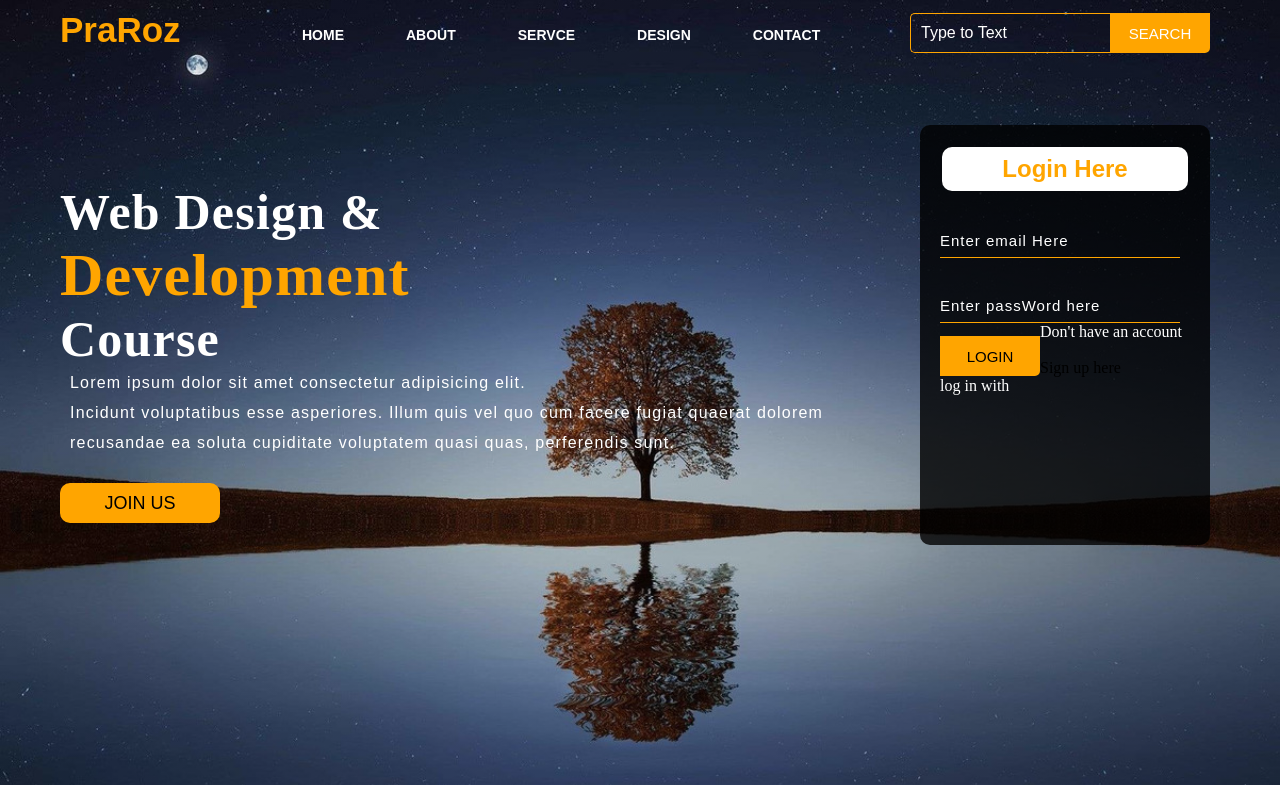
Repository: HuynhDuc23/project3
Page: index.html
These files come from the project's save history. The page is drawn as it stood at one moment and after the next save; the edit follows.
The browser window is 1280 px wide. The pictures show the whole page.

Above is the page before, as saved 2023-05-04 15:52:48.

### index.html
<html lang="en">
<head>
    <meta charset="UTF-8">
    <meta http-equiv="X-UA-Compatible" content="IE=edge">
    <meta name="viewport" content="width=device-width, initial-scale=1.0">
    <link rel="stylesheet" href="https://cdnjs.cloudflare.com/ajax/libs/font-awesome/6.4.0/css/all.min.css" integrity="sha512-iecdLmaskl7CVkqkXNQ/ZH/XLlvWZOJyj7Yy7tcenmpD1ypASozpmT/E0iPtmFIB46ZmdtAc9eNBvH0H/ZpiBw==" crossorigin="anonymous" referrerpolicy="no-referrer" />
    <link rel="stylesheet" href="style.css">
    <title>Document</title>
</head>
<body>
    <div class="main">
        <div class="navbar">
            <div class="icon">
                <h2 class="logo">PraRoz</h2>
            </div>
            <div class="menu">
                <ul>
                    <li><a href="#">HOME</a> </li>
                    <li><a href="#">ABOUT</a></li>
                    <li><a href="#">SERVCE</a></li>
                    <li><a href="#">DESIGN</a></li>
                    <li><a href="#">CONTACT</a></li>
                </ul>
            </div>
            <div class="search">
                <input type="search" class="srch" placeholder="Type to Text">
                <a href="#"><button class="btn">Search</button></a>
            </div>
        </div>
        <div class="content">
            <h1>Web Design & <br> <span>Development</span><br>Course</h1>
            <p class="para">Lorem ipsum dolor sit amet consectetur adipisicing elit. <br> Incidunt voluptatibus esse asperiores. Illum quis vel quo cum facere fugiat quaerat dolorem <br> recusandae ea soluta cupiditate voluptatem quasi quas, perferendis sunt.</p>


            <button class="cn" ><a  href="#">JOIN US</a></button>
            <div class="form">
                <h2>Login Here</h2>
                <input type="email" name="email" placeholder="Enter email Here">
                <input type="password" name="password" placeholder="Enter passWord here">
                <button class="btn"><a href="#">Login</a></button>

                <p class="link">Don't have an account </p> <br>
                <a href="#">Sign up here</a>
                <p class="liw">log in with</p>
            </div>
        </div>
    </div>
</body>
</html>

### style.css
* {
    margin: 0;
    padding: 0;
}
.main {
    width: 100%;
    background-image: linear-gradient(to right bottom , rgba(176, 55, 55, 0),rgba(0, 0, 0, 0.286)),url("img/Project3.png");
    background-position: center;
    background-size: cover;
    background-repeat: no-repeat;
    height: 109vh;
}
.navbar
{
    width: 1200px;
    height: 75px;
    margin: auto;
    /* overflow: hidden; */
}
.icon {
    width: 200px;
    float: left;
    height: 70px;

}
.logo {
    color: orange;
    font-size: 35px;
    font-family: Arial, Helvetica, sans-serif;
    padding-left: 20px;
    float: left;
    padding-top: 10px;
}
.menu {
    width: 400px;
    height: 70px;
    float: left;
}
ul {
    float: left;
    display: flex;
    justify-content: center;
    align-items: center;
}
ul li {
    list-style: none;
     margin-left: 62px;
     margin-top: 27px;
     font-size: 14px;
}
ul li a {
    text-decoration: none;
    color: white;
    text-transform: uppercase;
    font-family: Arial, Helvetica, sans-serif;
    transition: 0.5s ease-in-out;
    font-weight: bold;

}
ul li a:hover {
    color: orange;
}
.search {
    width: 330px;
    margin-left: 270px;
    float: left;
}
.srch {
    font-family: 'Times New Roman', Times, serif;
    width: 200px;
    height: 40px;
    background: transparent;
    border: 1px solid orange;
    margin-top: 13px;
    color: white;
    border-right: none;
    font-size: 16px;
    padding: 10px;
    float: left;
    border-bottom-left-radius: 5px;
    border-top-left-radius: 5px;
}
.btn {
    width: 100px;
    height: 40px;
    margin-top: 13px;
    color: white;
    background-color: orange;
    text-transform: uppercase;
    border: 2px solid orange;
    /* border-radius: 5px; */
    border-bottom-right-radius: 5px;

    font-size: 15px;
    float: left;
    cursor: pointer;

}
.btn:focus {
    outline: none;
}
.srch:focus {
    outline: none;
}
.content {
    width: 1200px;
    height: auto;
    margin: auto;
    color: white;
    position: relative;
}
.content .para {
    padding-left: 30px;
    padding-bottom: 25px;
    font-family: Arial, Helvetica, sans-serif;
    letter-spacing: 1.2px;
    line-height: 30px;
}
.content h1 {
    font-size: 50px;
    font-family: 'Times New Roman', Times, serif;
    padding-left: 20px;
    padding-top: 9%;
    letter-spacing: 1.2px;

}
.content .cn {

    width: 160px;
    height: 40px;
    background-color: orange;
    border: none;
    margin-bottom: 10px;
    margin-left: 20px;
    font-size: 18px;
    border-radius: 10px;
    transition: 0.5s ease;
    cursor: pointer;

}
.content a {
    text-decoration: none;
    color: black;
    transition: 0.4s ease;
}
.cn:hover {
    background-color: white;
}
.content span {
    color: orange;
    font-size: 60px;
    font-weight: bold;
}
.form {
    width: 250px;
    height: 380px;
    background: linear-gradient(to top , rgba(0,0,0,0.8)50% ,rgba(0,0,0,0.8)50% );
    position: absolute;
    top: 50px ;
    left: 880px;
    border-radius: 10px;
    padding: 20px;

}
.form h2 {
    padding: 8px;
    font-family: sans-serif;
    text-align: center;
    color: orange;
    background-color: white;
    border-radius: 10px;
    margin: 2px;

}
.form input {
    width: 240px;
    height: 35px;
    background: transparent;
    border-bottom: 1px solid orange;
    border-right: none;
    border-top: none;
    border-left: none;
    color: white;
    font-size: 15px;
    letter-spacing: 1px;
    margin-top: 30px;
    font-family: sans-serif;
}
.form input:focus {
    outline: none;
}
::placeholder {
    color: #fff;
    font-family: Arial, Helvetica, sans-serif;
}

After the next save:
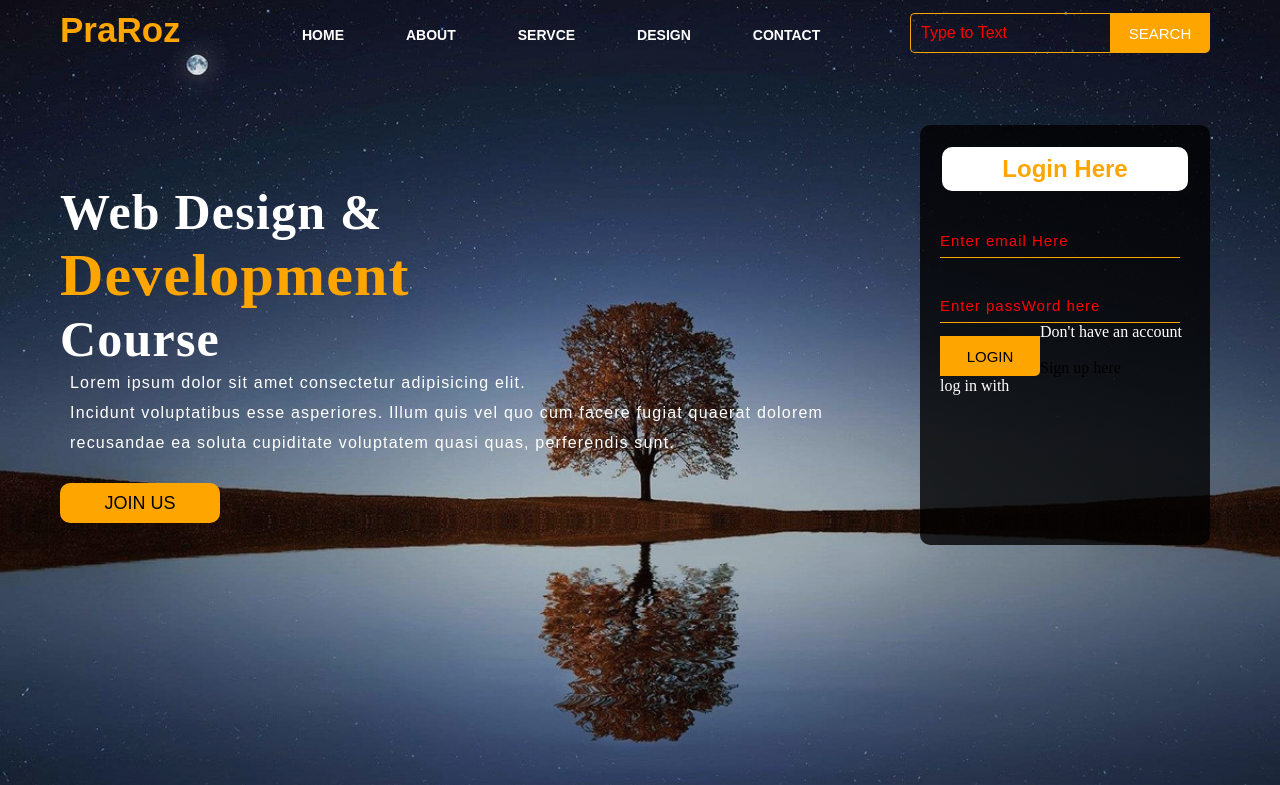
Saved 39 s later.
--- a/style.css
+++ b/style.css
@@ -190,6 +190,6 @@ ul li a:hover {
     outline: none;
 }
 ::placeholder {
-    color: #fff;
+    color: red;
     font-family: Arial, Helvetica, sans-serif;
 }
